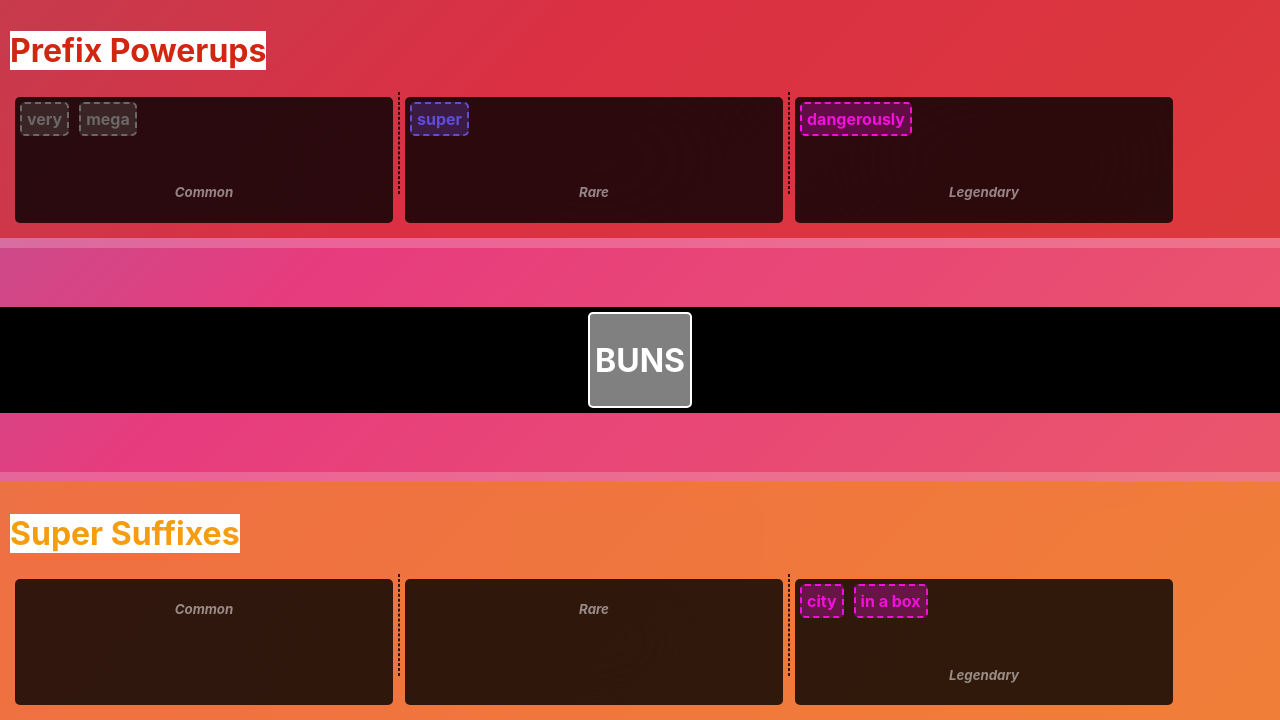
Repository: bsalgado98/buns-inator
Page: /
The author's editor kept a copy of each file at every save. The page is drawn from the files as they stood at one save, then again after the next save.
The browser window is 1280 px wide. The pictures show the whole page.
The project was rebuilt for these pictures with package versions that can differ from the ones it lists, and the page was loaded fresh each time.

Above is the page before, as saved 2022-04-25 23:46:13.

### src/index.css
body {
    margin: 0;
    padding: 0;
    font-family: -apple-system, BlinkMacSystemFont, 'Segoe UI', 'Roboto', 'Oxygen',
        'Ubuntu', 'Cantarell', 'Fira Sans', 'Droid Sans', 'Helvetica Neue',
        sans-serif;
    -webkit-font-smoothing: antialiased;
    -moz-osx-font-smoothing: grayscale;
    height: 100vh;
    background-attachment: fixed;
}

code {
    font-family: source-code-pro, Menlo, Monaco, Consolas, 'Courier New', monospace;
}

### src/App.js
import './App.css';
import WordBank from './components/WordBank/WordBank'
import WordBuilder from './components/WordBuilder/WordBuilder';
import { RARITY, PART_OF_SENTENCE, COLOR } from './utility/constants'

function App() {
    const wordList = {
        prefixPowerups: [
            {
                sectionTitle: RARITY.COMMON,
                words: ['very', 'mega'],
                color: COLOR.COMMON,
                partOfSentence: PART_OF_SENTENCE.PREFIX
            },
            {
                sectionTitle: RARITY.RARE,
                words: ['super'],
                color: COLOR.RARE,
                partOfSentence: PART_OF_SENTENCE.PREFIX
            },
            {
                sectionTitle: RARITY.LEGENDARY,
                words: ['dangerously'],
                color: COLOR.LEGENDARY,
                partOfSentence: PART_OF_SENTENCE.PREFIX
            }
        ],
        superSuffixes: [
            {
                sectionTitle: RARITY.COMMON,
                words: [],
                color: COLOR.COMMON,
                partOfSentence: PART_OF_SENTENCE.SUFFIX
            },
            {
                sectionTitle: RARITY.RARE,
                words: [],
                color: COLOR.RARE,
                partOfSentence: PART_OF_SENTENCE.SUFFIX
            },
            {
                sectionTitle: RARITY.LEGENDARY,
                words: ['city', 'in a box'],
                color: COLOR.LEGENDARY,
                partOfSentence: PART_OF_SENTENCE.SUFFIX
            }
        ]
    }

    return (
        <div className="App">
            <div className="word-bank">
                <WordBank bankTitle='Prefix Powerups' color={COLOR.PREFIX_POWERUPS} wordCollection={wordList.prefixPowerups} />
            </div>
            <span className="divider"></span>
            <div className="subject-card-container">
                <WordBuilder />
            </div>
            <span className="divider"></span>
            <div className="word-bank">
                <WordBank bankTitle='Super Suffixes' color={COLOR.SUPER_SUFFIXES} wordCollection={wordList.superSuffixes} />
            </div>
        </div>
    );
}

export default App;

### src/App.css
.App {
    text-align: center;
    height: 100vh;
    display: flex;
    flex-direction: column;
    background: linear-gradient(-45deg, #ee7752, #e73c7e, #23a6d5, #23d5ab);
	background-size: 400% 400%;
	animation: gradient 15s ease infinite;
    background-attachment: fixed;
}

.word-bank {
}

.subject-card-container {
    flex-grow: 3;
    display: flex;
    align-items: center;
    justify-content: center;
}

@keyframes gradient {
	0% {
		background-position: 0% 50%;
	}
	50% {
		background-position: 100% 50%;
	}
	100% {
		background-position: 0% 50%;
	}
}

.divider {
    width: 100vw;
    height: 10px;
    background: rgba(255, 255, 255, 0.2);
    position: relative;
}

.divider::after {
    background: rgba(255, 255, 255, 0.2);
    backdrop-filter: blur(5px);
    position: relative;
    top: -50%;
}

### src/components/WordBank/WordBank.js
import createWordSection from "../../utility/wordSection"

const WordBank = ({ bankTitle = "N/A", color = "#000000", wordCollection = [] }) => {
    const styles = {
        container: {
            style: {
                backgroundColor: `${color}88`,
                display: 'flex',
                flexDirection: 'column',
                padding: '10px'
            }
        },
        title: {
            style: {
                color: color,
                backgroundColor: 'white'
            },
            container: {
                style: {
                    display: 'flex',
                    width: '100%'
                }
            }
        },
        collectionArea: {
            style: {
                display: 'flex'
            },
            section: {
                style: {
                    display: 'flex',
                    flexDirection: 'column',
                    width: '30%',
                    backgroundColor: 'rgba(0, 0, 0, 0.8)',
                    backdropFilter: 'blur(100px)',
                    margin: '5px',
                    borderRadius: '5px'
                },
                wordArea: {
                    style: {
                        display: 'flex'
                    }
                },
                title: {
                    style: {
                        opacity: '0.5',
                        fontStyle: 'italic',
                        color: 'white'
                    }
                }
            }
        },
        divider: {
            style: {
                height: '100px',
                width: '0px',
                border: '1px dashed black',
                opacity: '0.8'
            }
        }
    }
    return (
        <div style={styles.container.style}>
            <div style={styles.title.container.style}>
                <h1 style={styles.title.style}>{bankTitle}</h1>
            </div>
            <div style={styles.collectionArea.style}>
                {wordCollection.map((section, i) => {
                    return (
                        <>
                            {i !== 0 ? <span style={styles.divider.style}></span> : null}
                            <div key={`section-${i}`} style={styles.collectionArea.section.style} className="section">
                                <div style={styles.collectionArea.section.wordArea.style}>
                                    {createWordSection(section.words, section.color, section.partOfSentence)}
                                </div>
                                <h5 style={styles.collectionArea.section.title.style}>{section.sectionTitle}</h5>
                            </div>
                        </>
                    )
                })}
            </div>
        </div>
    )
}

export default WordBank

### src/components/WordBuilder/WordBuilder.js
import SubjectCard from "../SubjectCard/SubjectCard"

const WordBuilder = () => {
    const styles = {
        container: {
            style: {
                display: 'flex',
                background: 'black',
                width: '100%',
                justifyContent: 'center'
            }
        }
    }
    return (
        <div style={styles.container.style}>
            <SubjectCard text="BUNS" />
        </div>
    )
}

export default WordBuilder

### src/utility/constants.js
export const RARITY = {
    COMMON: 'Common',
    RARE: 'Rare',
    LEGENDARY: 'Legendary'
}

export const PART_OF_SENTENCE = {
    PREFIX: 'prefix',
    SUFFIX: 'suffix'
}

export const COLOR = {
    COMMON: "#6b6867",
    RARE: "#614cd9",
    LEGENDARY: "#f50fde",
    PREFIX_POWERUPS: "#d12711",
    SUPER_SUFFIXES: "#f59d0f"
}

### src/utility/wordSection.js
import WordCard from "../components/WordCard/WordCard";

function createWordSection(words, wordColor, partOfSentence) {
    return words.map((word, i) => <WordCard key={`word-${i}`} text={word} color={wordColor} />)
}

export default createWordSection

### src/components/SubjectCard/SubjectCard.js
const SubjectCard = ({ text }) => {
    const styles = {
        container: {
            style: {
                background: 'rgba(255, 255, 255, 0.5)',
                display: 'flex',
                border: '2px solid white',
                margin: '5px',
                padding: '5px',
                borderRadius: '5px',
                height: '30%',
                alignItems: 'center'
            }
        },
        text: {
            style: {
                color: "white"
            }
        }
    }
    return (
        <div style={styles.container.style}>
            <h1 style={styles.text.style}>{text}</h1>
        </div>
    )
}

export default SubjectCard

### src/components/WordCard/WordCard.js
const WordCard = ({ text = "N/A", color = "#000000", partOfSentence }) => {
    const styles = {
        container: {
            style: {
                background: `${color}44`,
                display: 'flex',
                border: `2px dashed ${color}`,
                margin: '5px',
                padding: '5px',
                borderRadius: '5px',
                height: '30%',
                alignItems: 'center'
            }
        },
        text: {
            style: {
                color: color,
                fontSize: '16px'
            }
        }
    }
    return (
        <div style={styles.container.style}>
            <h1 style={styles.text.style}>{text}</h1>
        </div>
    )
}

export default WordCard

Loaded but not shown: public/index.html (common file); src/index.js (common file); src/reportWebVitals.js (common file)

After the next save:
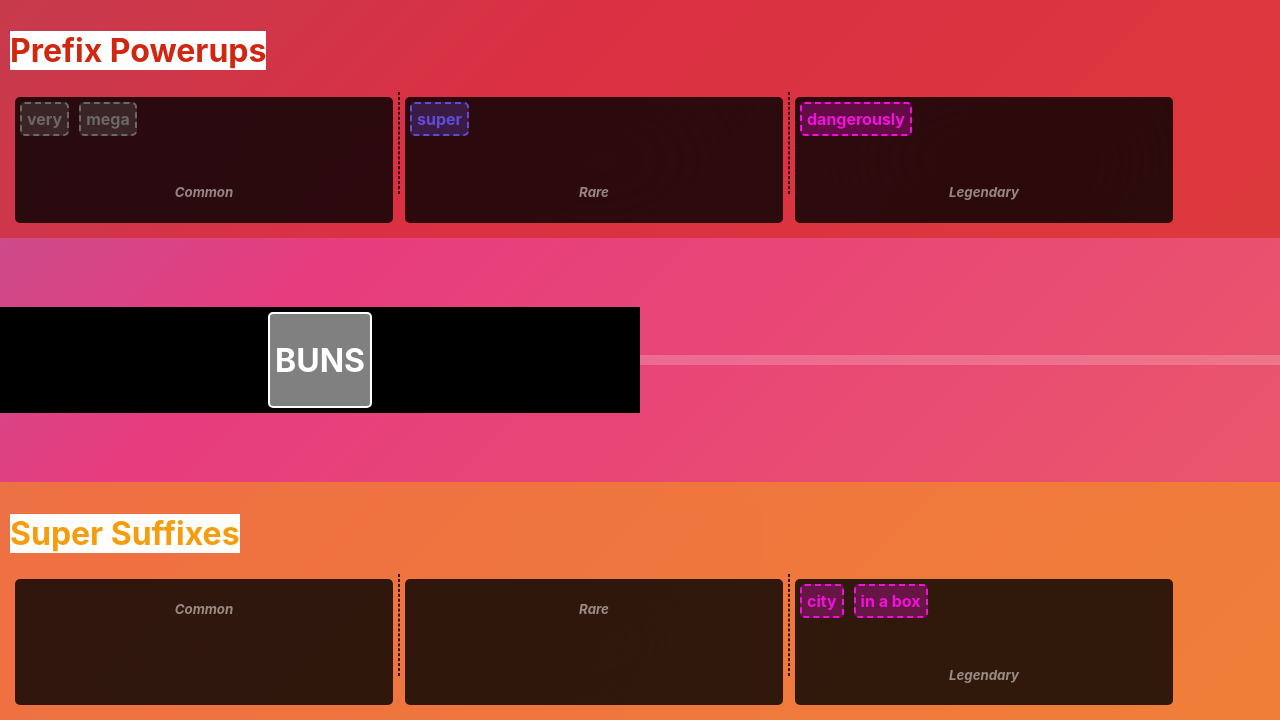
Saved 52 s later.
--- a/src/App.js
+++ b/src/App.js
@@ -51,12 +51,12 @@
         <div className="App">
             <div className="word-bank">
                 <WordBank bankTitle='Prefix Powerups' color={COLOR.PREFIX_POWERUPS} wordCollection={wordList.prefixPowerups} />
+                <span className="divider"></span>
             </div>
-            <span className="divider"></span>
             <div className="subject-card-container">
                 <WordBuilder />
+                <span className="divider"></span>
             </div>
-            <span className="divider"></span>
             <div className="word-bank">
                 <WordBank bankTitle='Super Suffixes' color={COLOR.SUPER_SUFFIXES} wordCollection={wordList.superSuffixes} />
             </div>

After the save that followed:
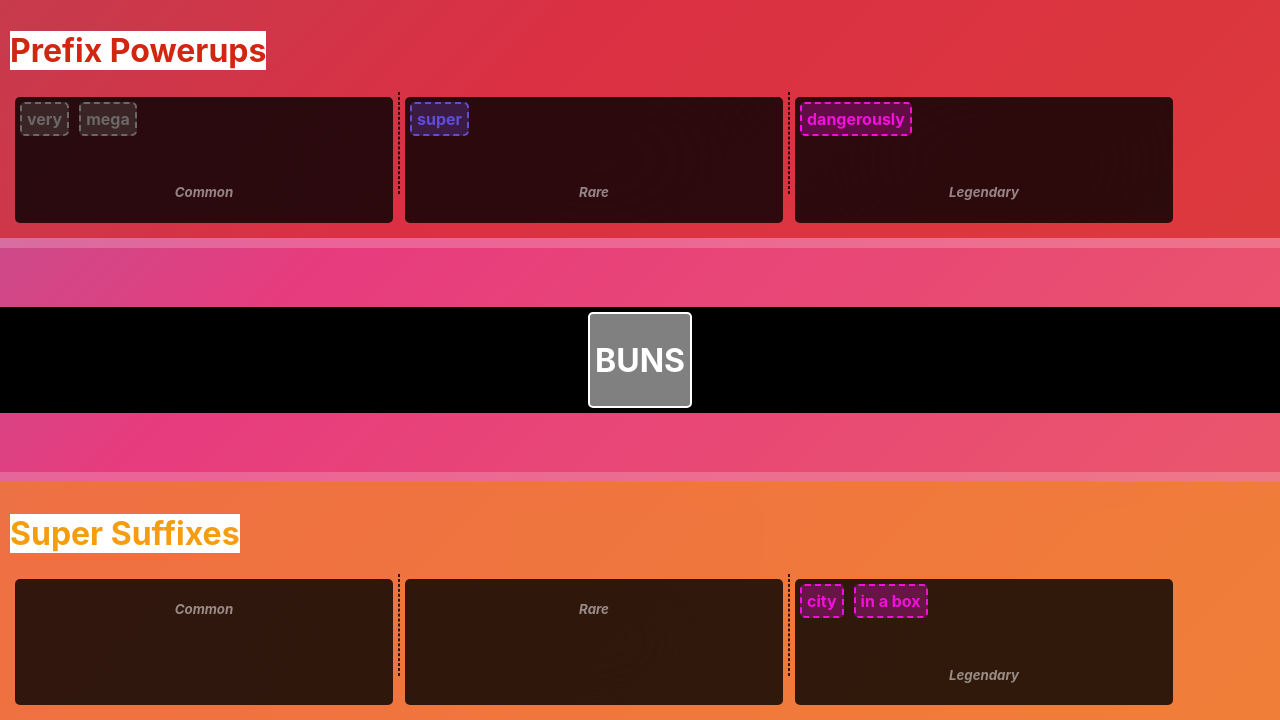
Saved 20 s later.
--- a/src/App.js
+++ b/src/App.js
@@ -51,12 +51,12 @@
         <div className="App">
             <div className="word-bank">
                 <WordBank bankTitle='Prefix Powerups' color={COLOR.PREFIX_POWERUPS} wordCollection={wordList.prefixPowerups} />
-                <span className="divider"></span>
             </div>
+            <span className="divider"></span>
             <div className="subject-card-container">
                 <WordBuilder />
-                <span className="divider"></span>
             </div>
+            <span className="divider"></span>
             <div className="word-bank">
                 <WordBank bankTitle='Super Suffixes' color={COLOR.SUPER_SUFFIXES} wordCollection={wordList.superSuffixes} />
             </div>
